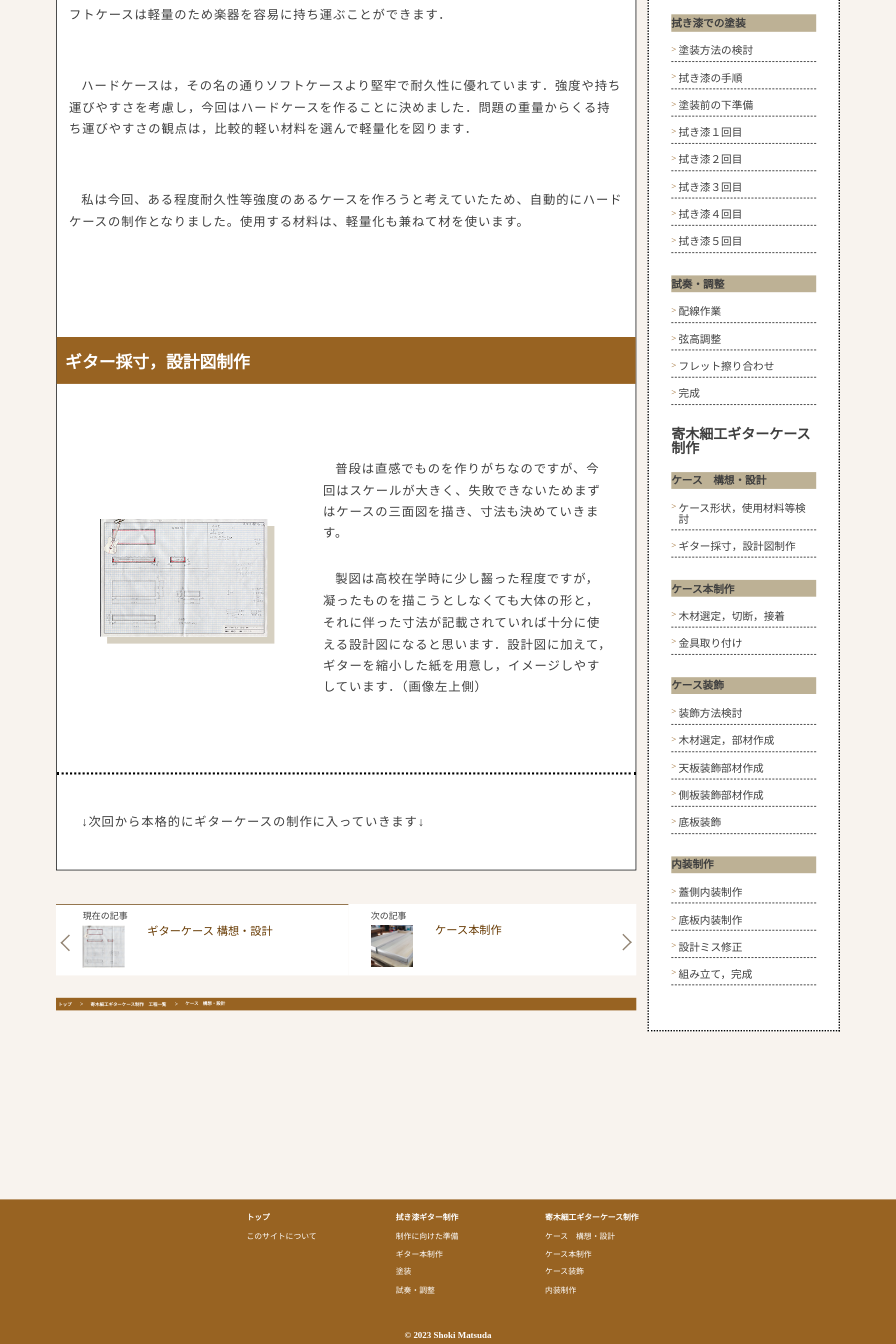
Repository: lavien-loses/urushi-guitar
Page: c_design.html
These files come from the project's save history. The page is drawn as it stood at one moment and after the next save; the edit follows.
The browser window is 1280 px wide. The pictures show the part of the page from y = 1369 to 3289 px (the page is 3289 px tall), at 70% of full size.
Some web fonts or font styles are not loaded; a fallback is used.

Above is the page before, as saved 2023-02-14 09:54:33.

After the next save:
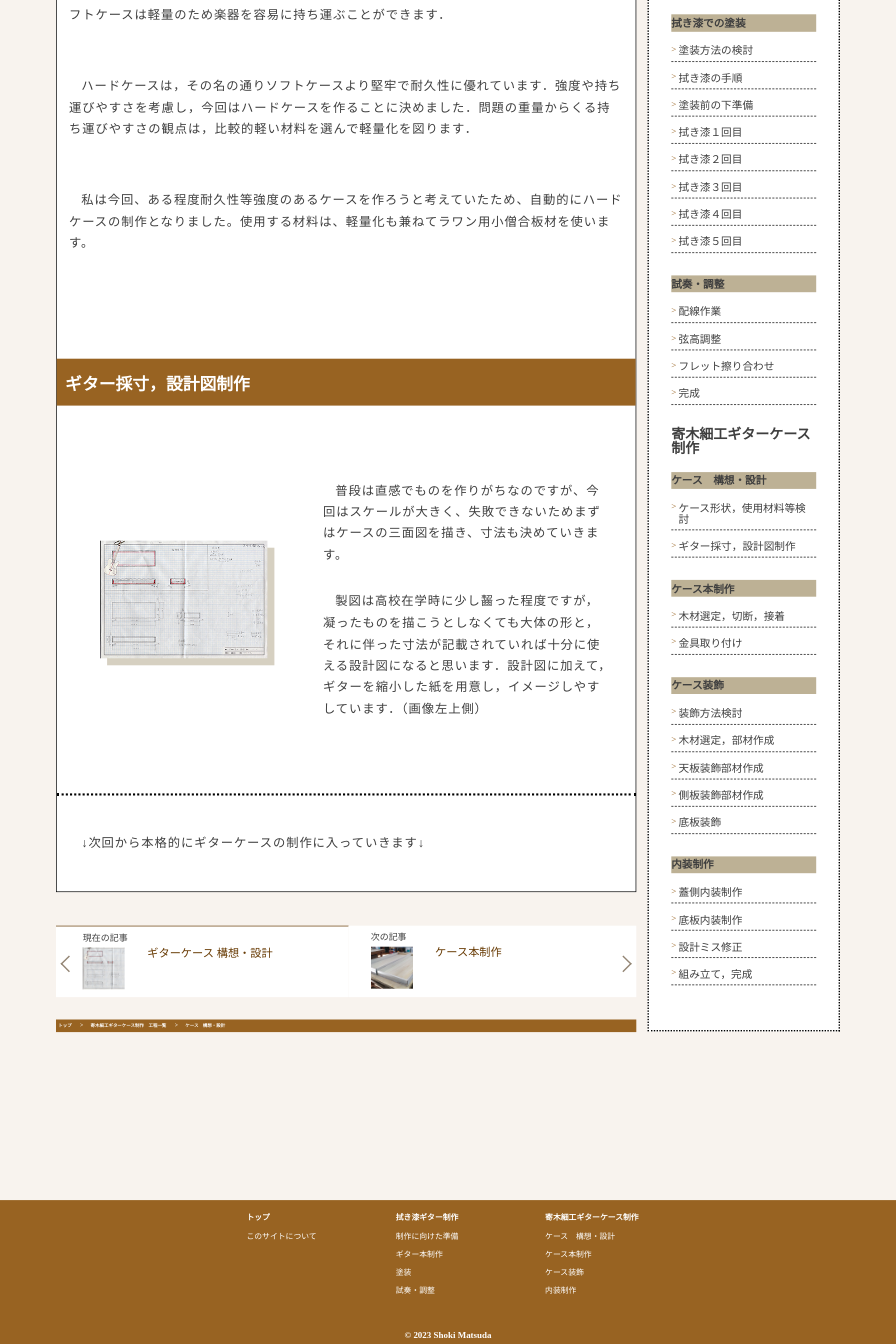
Saved 2 min 20 s later.
--- a/c_design.html
+++ b/c_design.html
@@ -127,7 +127,7 @@
 
 
           <p>
-            私は今回、ある程度耐久性等強度のあるケースを作ろうと考えていたため、自動的にハードケースの制作となりました。使用する材料は、軽量化も兼ねて材を使います。
+            私は今回、ある程度耐久性等強度のあるケースを作ろうと考えていたため、自動的にハードケースの制作となりました。使用する材料は、軽量化も兼ねてラワン用小僧合板材を使います。
           </p>
 
 

After the save that followed:
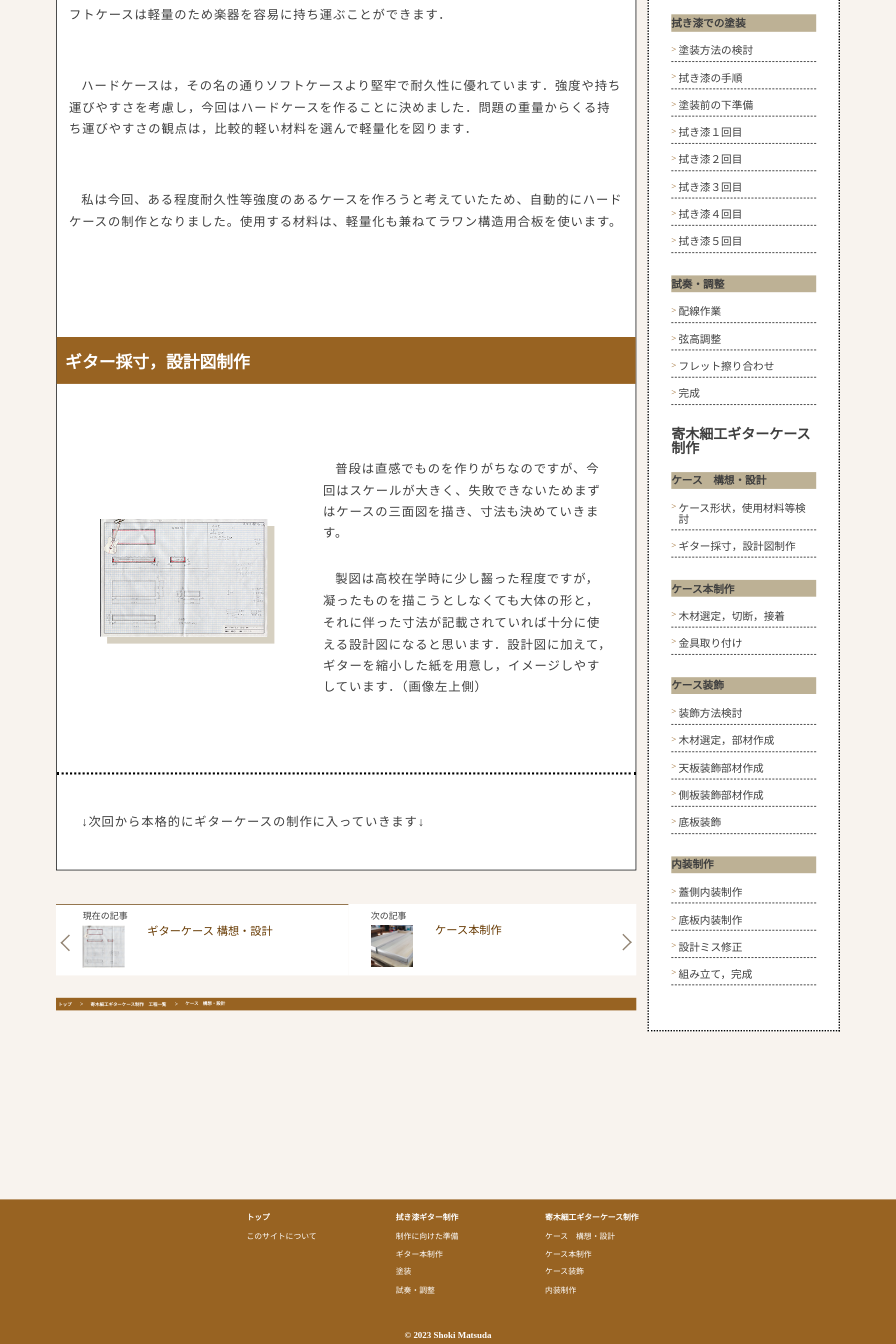
Saved 12 s later.
--- a/c_design.html
+++ b/c_design.html
@@ -127,7 +127,7 @@
 
 
           <p>
-            私は今回、ある程度耐久性等強度のあるケースを作ろうと考えていたため、自動的にハードケースの制作となりました。使用する材料は、軽量化も兼ねてラワン用小僧合板材を使います。
+            私は今回、ある程度耐久性等強度のあるケースを作ろうと考えていたため、自動的にハードケースの制作となりました。使用する材料は、軽量化も兼ねてラワン構造用合板を使います。
           </p>
 
 
